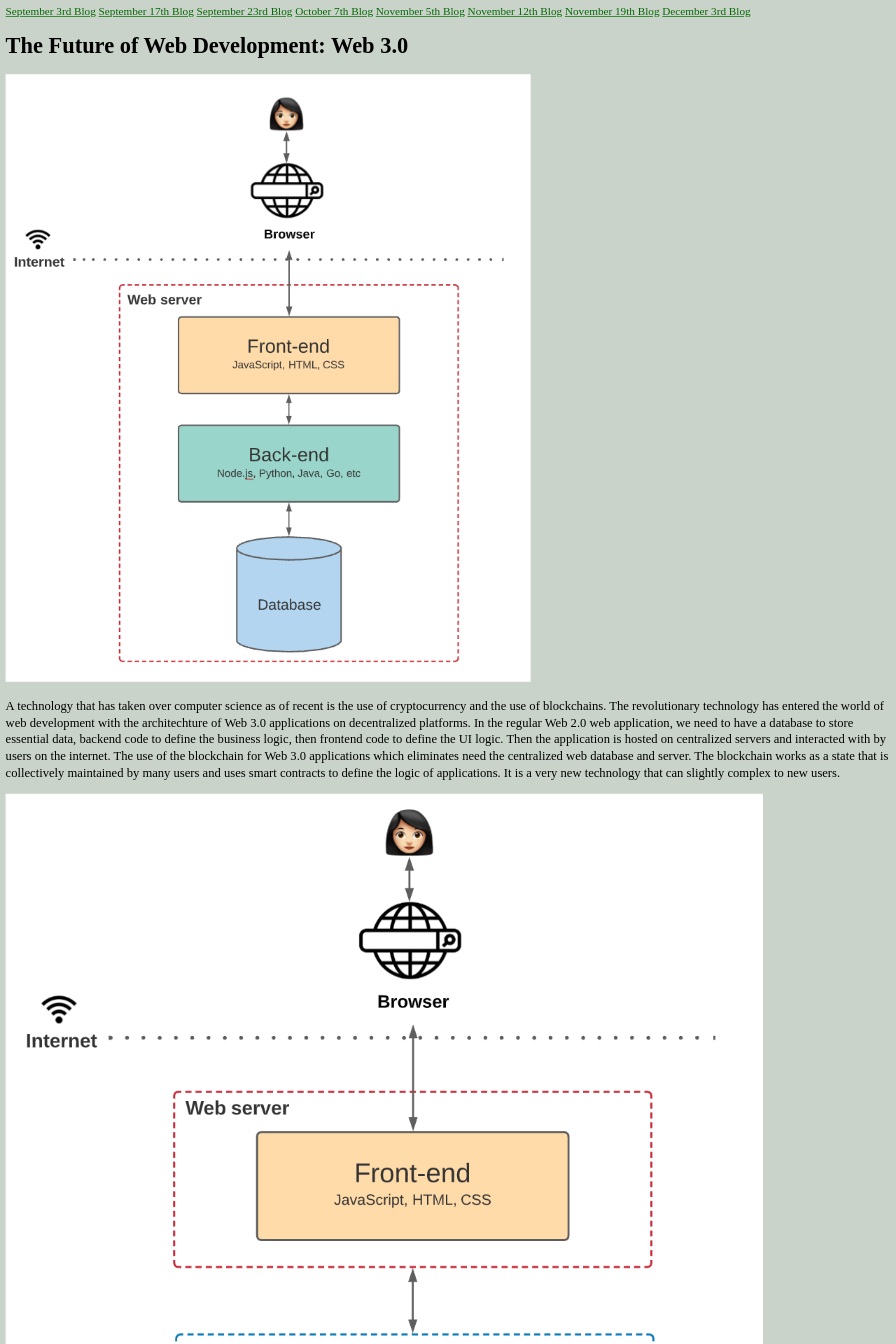
Repository: alharama/WebBlog
Page: Dec_3rd.html
An editor plug-in stored every save of this project. The page is shown before and after the next save, followed by the edit.
The browser window is 1280 px wide. The pictures show the part of the page from y = 0 to 1920 px (the page is 2674 px tall before and 2302 px after), at 70% of full size.

Above is the page before, as saved 2021-12-02 22:52:38.

### Dec_3rd.html
<!DOCTYPE html>
<html>
  <head>
    <a href="index.html"> September 3rd Blog</a>
    <a href="second_blog.html"> September 17th Blog</a>
    <a href="Sept_23.html"> September 23rd Blog</a>
    <a href="Oct_7.html"> October 7th Blog</a>
    <a href="Nov_5.html"> November 5th Blog</a>
    <a href="Nov_12.html"> November 12th Blog</a>
    <a href="Nov_19.html"> November 19th Blog</a>
    <a href="Dec_3rd.html"> December 3rd Blog</a>

    <title>December 3rd Blog</title>

    <style>
      a {
        text-decoration: underline;
        color: rgb(5, 104, 5);
      }
      a:visited {
        text-decoration: none;
      }

      h2 {
        text-decoration: underline;
      }

      #writeup {
        text-indent: 30px;
      }

      body {
        background-color: rgba(190, 201, 190, 0.808);
      }

      body > .writeup {
        font-size: 18px;
        line-height: 24px;
      }
    </style>
  </head>

  <body>
    <h1>The Future of Web Development: Web 3.0</h1>

    <img src="web2.png" alt="web 2.0 graphic" />
    <p class="writeup">
      A technology that has taken over computer science as of recent is the use
      of cryptocurrency and the use of blockchains. The revolutionary technology
      has entered the world of web development with the architechture of Web 3.0
      applications on decentralized platforms. In the regular Web 2.0 web
      application, we need to have a database to store essential data, backend
      code to define the business logic, then frontend code to define the UI
      logic. Then the application is hosted on centralized servers and
      interacted with by users on the internet. The use of the blockchain for
      Web 3.0 applications which eliminates need the centralized web database
      and server. The blockchain works as a state that is collectively
      maintained by many users and uses smart contracts to define the logic of
      applications. It is a very new technology that can slightly complex to new
      users.
    </p>

    <img src="web3.png" alt="web 3.0 graphic" />
    <p class="writeup">
      Smart contracts are programs that run on the ethereum blockchain and
      defines the logic behind the state changes happening, written in languages
      such as Solidity or Viper. The smart contracts interact with the many
      nodes on the blockchain that keep a record of all states on the blockchain
      and must be interacted with to make desired changes to the web
      application. You can either create your own node and report changes to
      every other node whenever you desire to implement a smart contract, or
      work with thrid party applications that will manage your node
      infrasturcture. One downside to the use of the blockchain network is that
      you need to pay everytime you would like to add data, which can get
      expensive on the ethereum blockchain. There are many other services that
      are beginning to implement smart contracts and decentralized applications,
      but each service decides their own tradeoff between speed, cost, and
      decentralization. One technology working to help the Ethereum scaling
      problem is Polygon, a Layer 2 solution on top of Ethereum. The use of Web
      3.0 applications are very new and will need alot of tweaking in the
      future, but decentralized applications seem to be the future. I look
      forward to reading up more on Web 3.0 technologies and will continue to be
      interested in the Crypto and blockhain world.
    </p>
  </body>
</html>

After the next save:
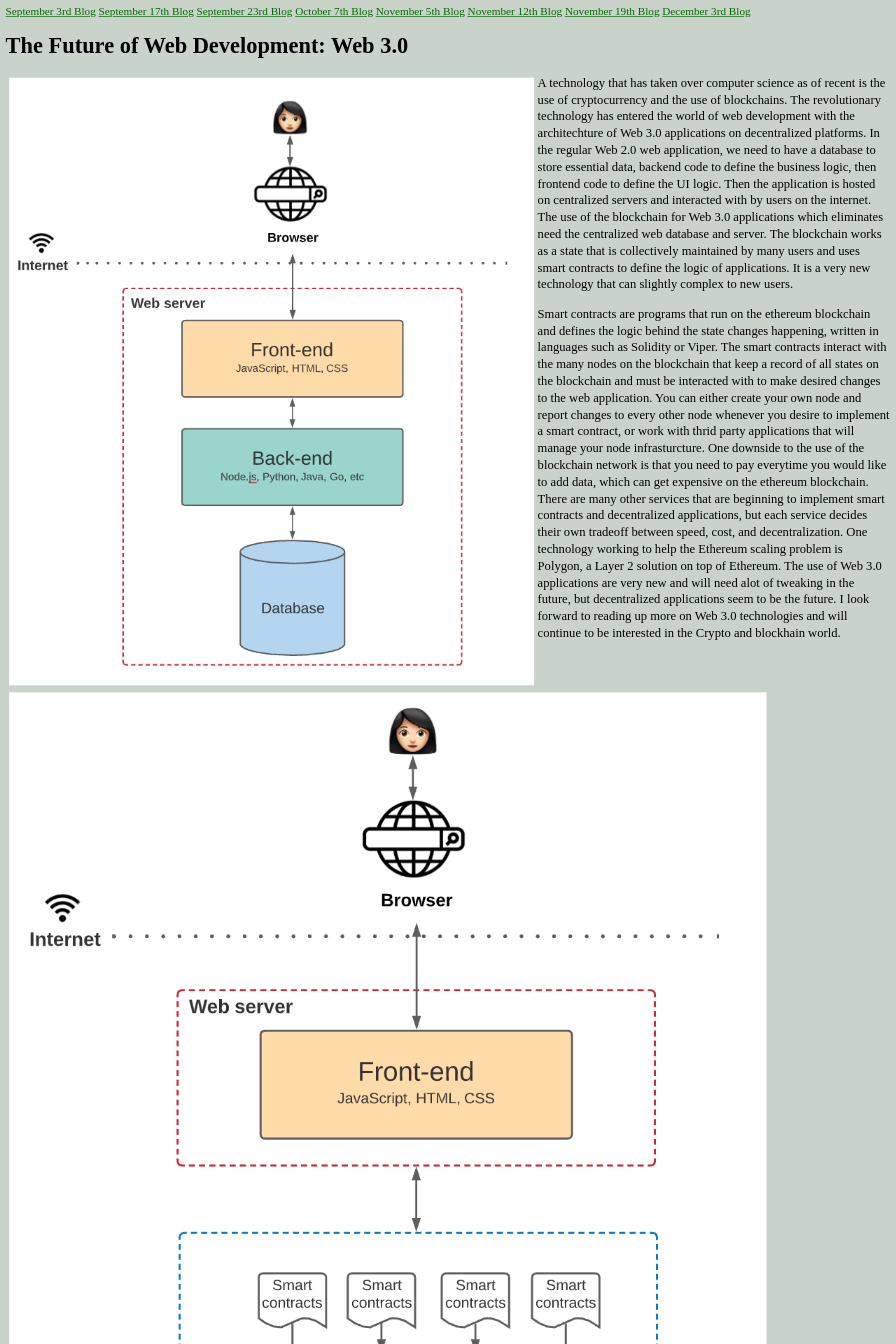
Saved 57 s later.
--- a/Dec_3rd.html
+++ b/Dec_3rd.html
@@ -36,6 +36,11 @@
       body > .writeup {
         font-size: 18px;
         line-height: 24px;
+      }
+
+      img {
+        float: left;
+        margin: 5px;
       }
     </style>
   </head>
